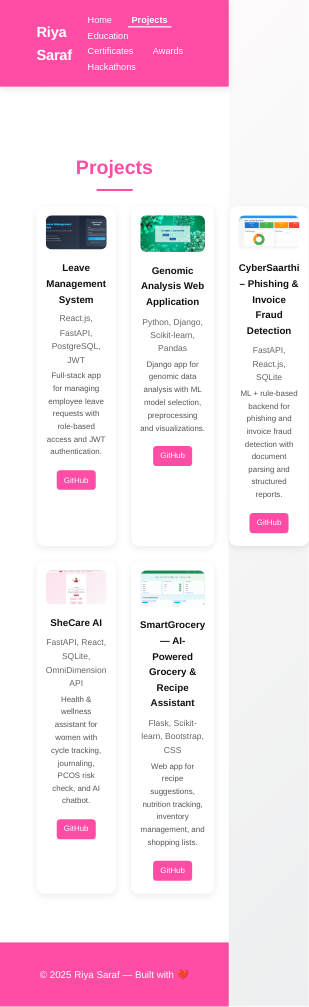
Repository: riyaaaa19/riya-portfolio
Page: /, after clicking the first element matching `nav > :nth-child(2)`
An editor plug-in stored every save of this project. The page is shown before and after the next save, followed by the edit.
The browser window is 375 px wide. The page is 506 px wide, then 375 px, so the pictures cover 506 px, including what lies to the right of the window. The pictures show the whole page, at 61% of full size.
The project was rebuilt for these pictures with package versions that can differ from the ones it lists, and the page was loaded fresh each time.

Above is the page before, as saved 2025-09-14 14:22:36.

After the next save:
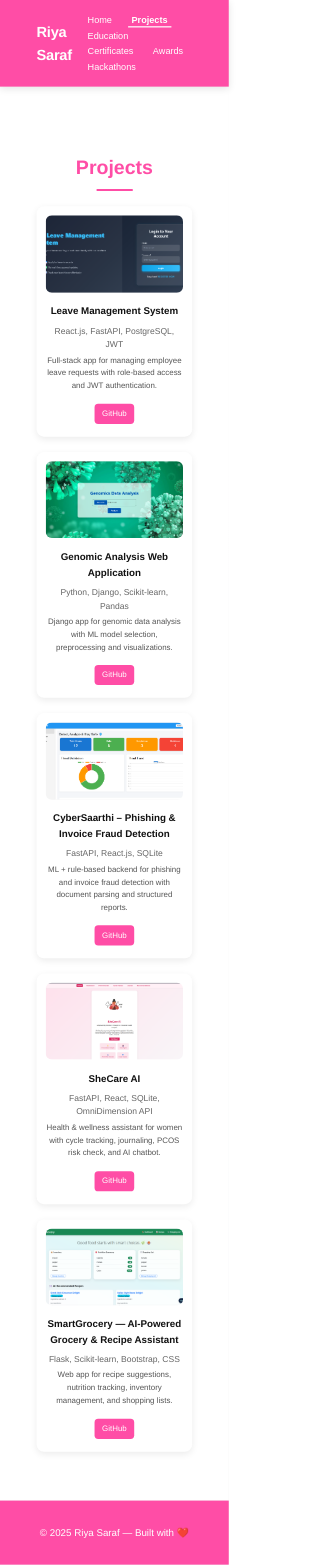
Saved 42 s later.
--- a/src/styles.css
+++ b/src/styles.css
@@ -281,6 +281,17 @@ footer {
     gap: 25px;
     grid-template-columns: repeat(3, 1fr);
 }
+@media (max-width: 900px) {
+    .grid {
+        grid-template-columns: repeat(2, 1fr);
+    }
+}
+
+@media (max-width: 600px) {
+    .grid {
+        grid-template-columns: 1fr;
+    }
+}
 
 /* ===== Timeline for Education ===== */
 .timeline {
